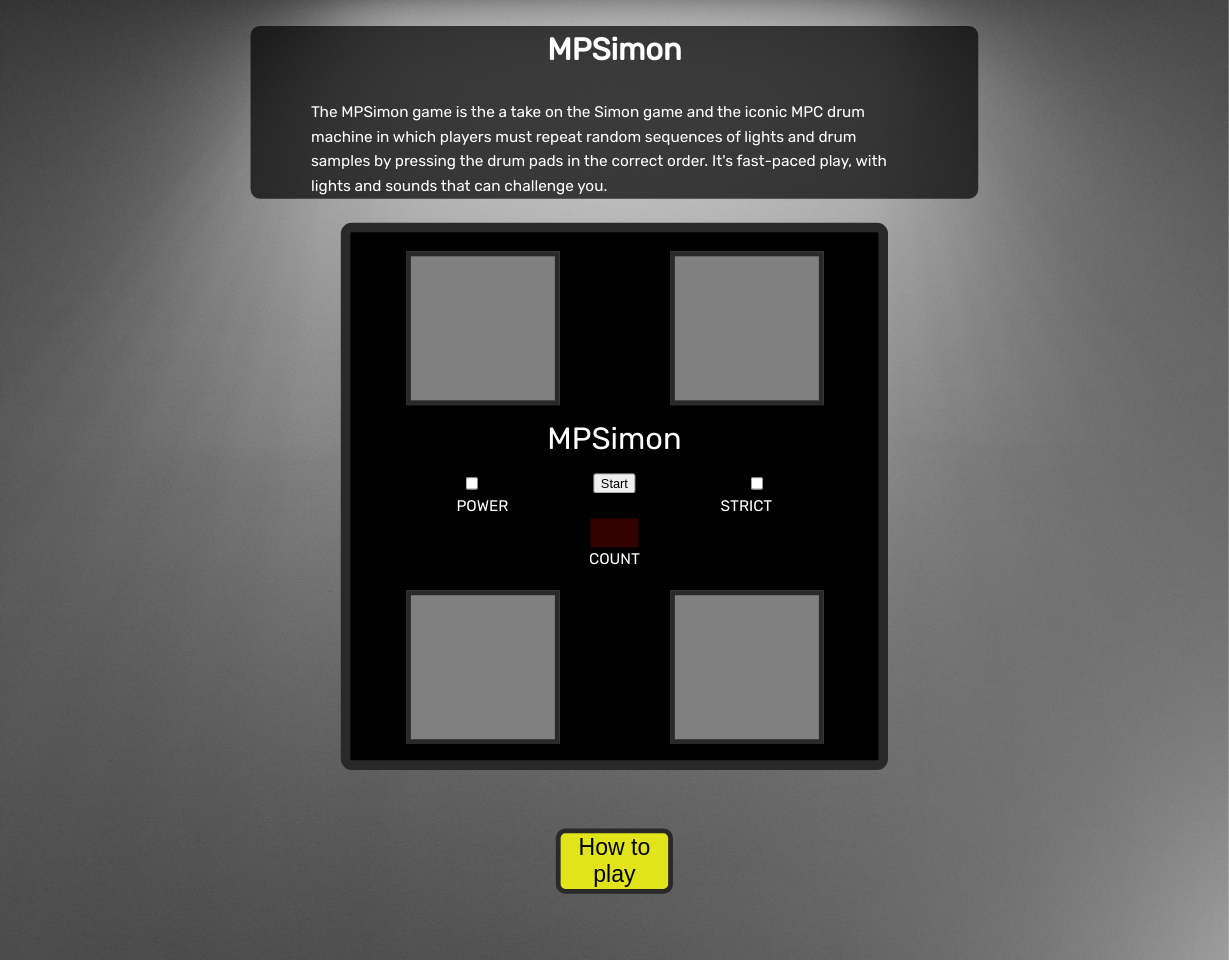
Repository: Neilfoster/MPSimon
Page: index.html
The author's editor kept a record of every edit. The page is drawn from the files as they stood at one moment, then again after the next edit.
The browser window is 1280 px wide. The pictures show the whole page, at 96% of full size.

Above is the page before.

After the next edit:
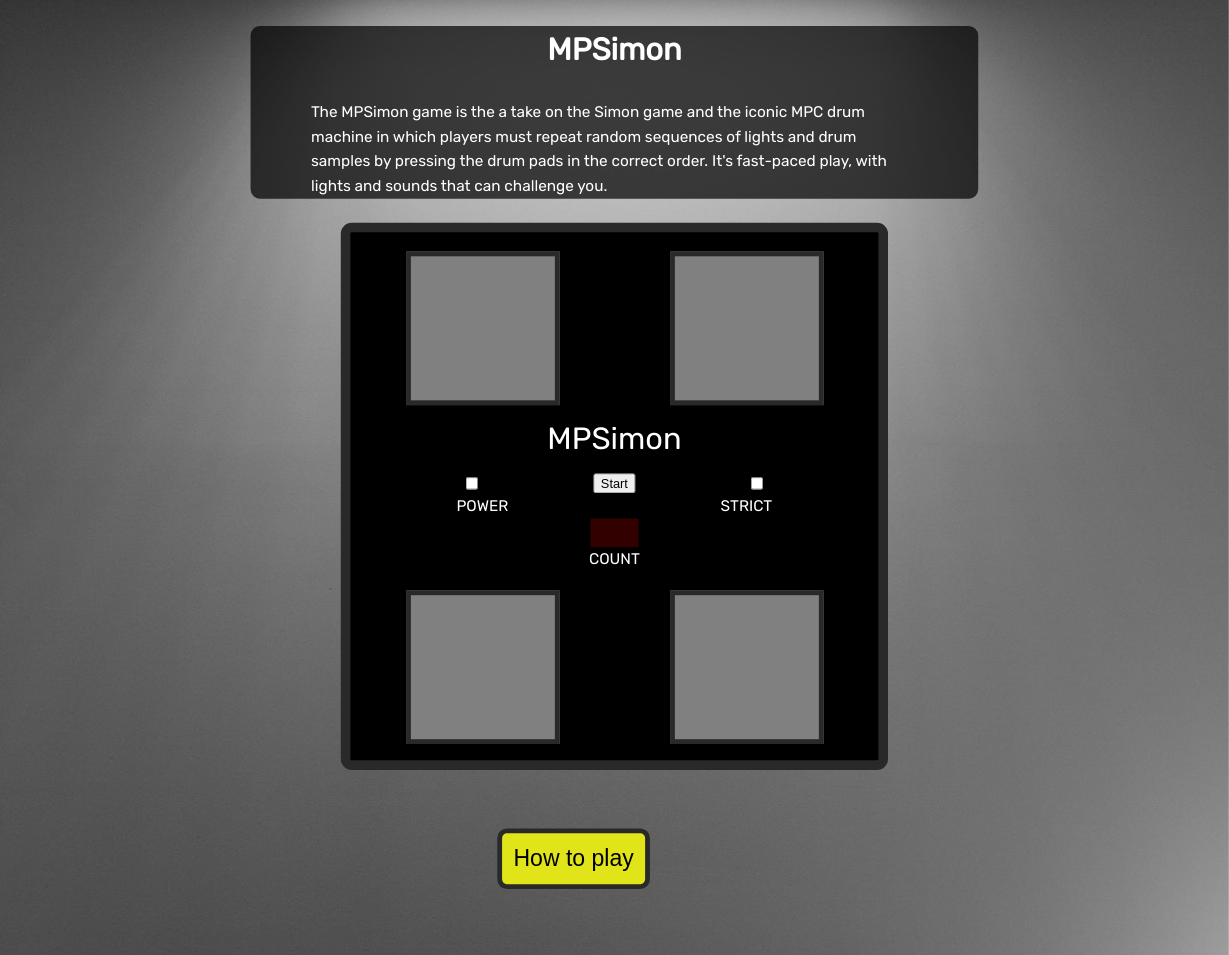
The edit:
--- a/css/style.css
+++ b/css/style.css
@@ -111,8 +111,9 @@
 /*Button*/
 .button {
   background-color: #e1e419;
-  margin: 5% 45%;
+  margin: 5% 40%;
   font-size: 1.5rem;
+  padding:1%;
   color: #000;
   border-radius:10px;
   border:5px solid #292929;
